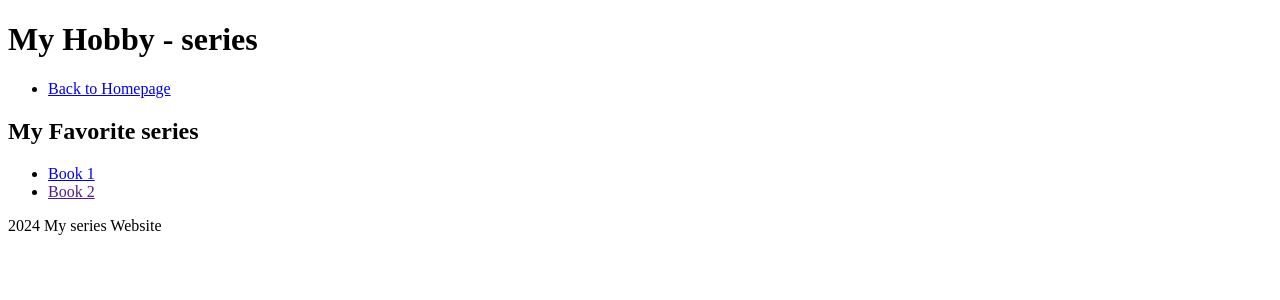
Repository: DaryaSarycheva/Hobbies
Page: pages/series.html
An editor plug-in stored every save of this project. The page is shown before and after the next save, followed by the edit.
The browser window is 1280 px wide. The pictures show the whole page.

Above is the page before, as saved 2024-05-09 08:05:29.

### pages/series.html
<!DOCTYPE html>
<html lang="en">
<head>
    <meta charset="UTF-8">
    <meta name="viewport" content="width=device-width, initial-scale=1.0">
    <title>Series</title>
</head>
<body>
    <header>
        <h1>My Hobby - series</h1>
    </header>
    <nav>
        <ul>
            <li><a href="../myHobbies.html">Back to Homepage</a></li>
        </ul>
    </nav>
    <main>
        <h2>My Favorite series</h2>
        <ul>
            <li><a href="./">Book 1</a></li>
            <li><a href="">Book 2</a></li>

        </ul>
    </main>
    <footer>
        <p> 2024 My series Website</p>
    </footer>
</body>
</html>

After the next save:
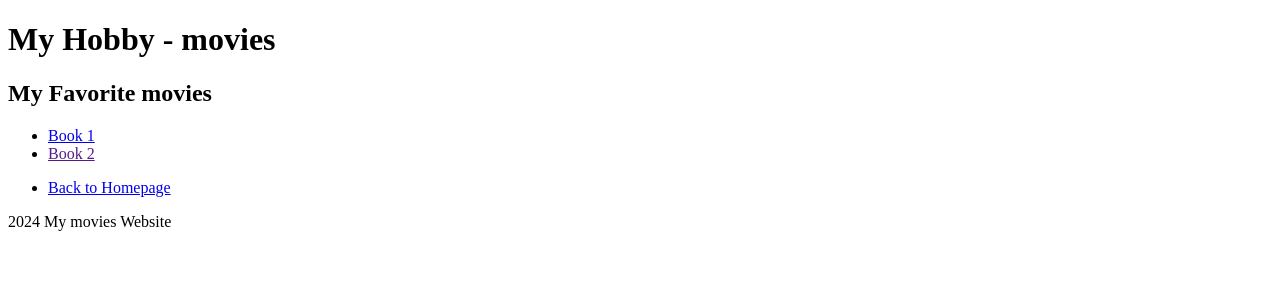
Saved 4 s later.
--- a/pages/series.html
+++ b/pages/series.html
@@ -3,27 +3,24 @@
 <head>
     <meta charset="UTF-8">
     <meta name="viewport" content="width=device-width, initial-scale=1.0">
-    <title>Series</title>
+    <title>Movies</title>
 </head>
 <body>
     <header>
-        <h1>My Hobby - series</h1>
+        <h1>My Hobby - movies</h1>
     </header>
-    <nav>
-        <ul>
-            <li><a href="../myHobbies.html">Back to Homepage</a></li>
-        </ul>
-    </nav>
     <main>
-        <h2>My Favorite series</h2>
+        <h2>My Favorite movies</h2>
         <ul>
             <li><a href="./">Book 1</a></li>
             <li><a href="">Book 2</a></li>
-
         </ul>
     </main>
+    <ul>
+        <li><a href="../myHobbies.html">Back to Homepage</a></li>
+    </ul>
     <footer>
-        <p> 2024 My series Website</p>
+        <p> 2024 My movies Website</p>
     </footer>
 </body>
 </html>
